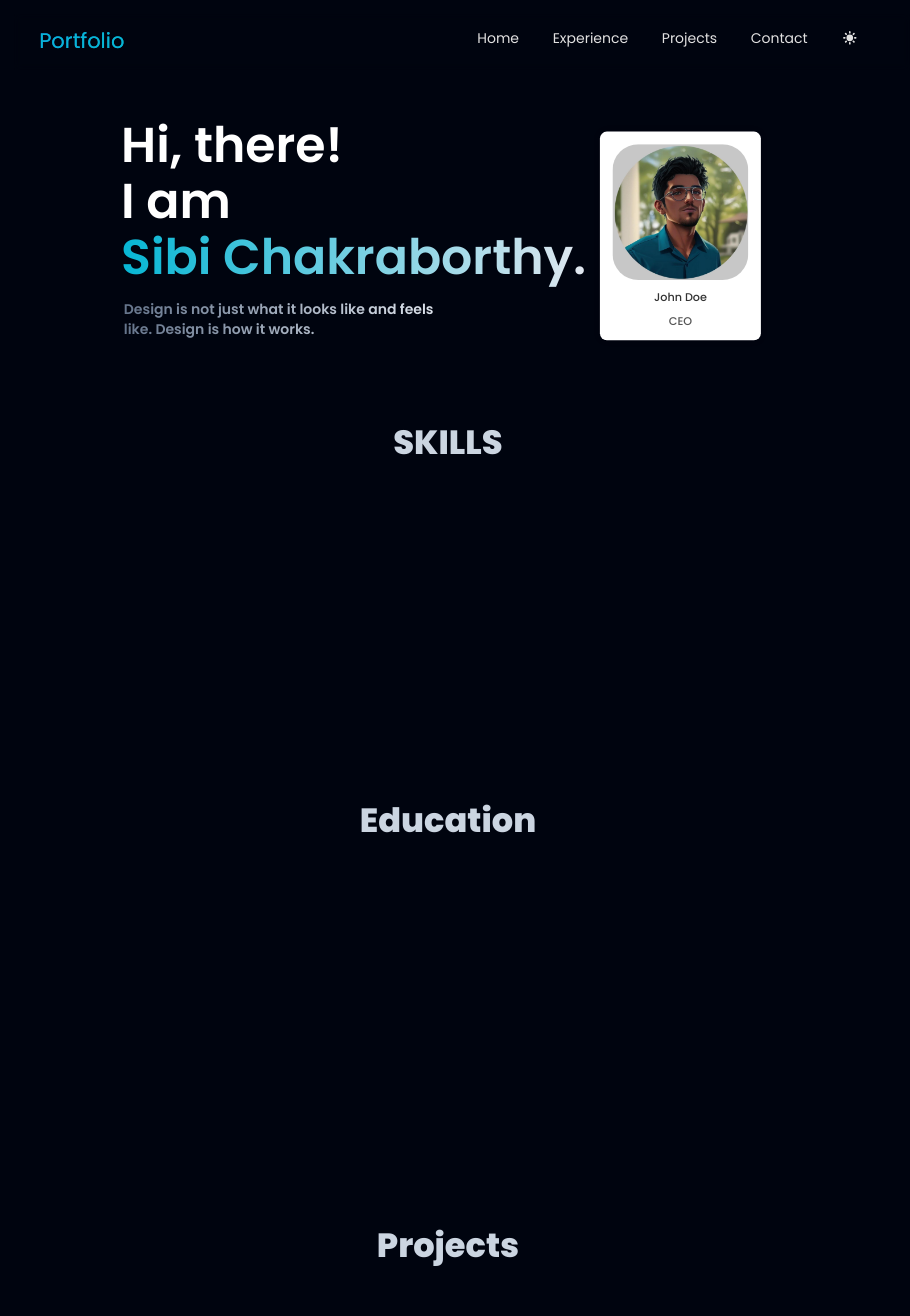
Repository: sibi24sibi/MyPersonalPortfolio
Page: /
The author's editor kept a copy of each file at every save. The page is drawn from the files as they stood at one save, then again after the next save.
The browser window is 1280 px wide. The page is 1300 px wide, so the pictures cover 1300 px, including what lies to the right of the window. The pictures show the part of the page from y = 0 to 1880 px (the page is 3414 px tall), at 70% of full size.
The project was rebuilt for these pictures with package versions that can differ from the ones it lists, and the page was loaded fresh each time. Also part of the build but not shown: vite.config.js, src/components/Menu.jsx, src/components/Footer.jsx.

Above is the page before, as saved 2024-05-03 17:34:46.

### index.html
<!DOCTYPE html>
<html lang="en">

<head>
  <meta charset="UTF-8" />
  <link rel="icon" type="image/svg+xml" href="" />
  <meta name="viewport" content="width=device-width, initial-scale=1 , maximum-scale=1 ,user-scalable=no" />
  <title>
    Personal Portfolio
  </title>
</head>

<body className="darkMode">
  <div id="root" className="px-5 w-screen"></div>
  <script type="module" src="/src/main.jsx"></script>
</body>

</html>

### src/index.css
@import url('https://fonts.googleapis.com/css2?family=Poppins:wght@300;400;500;600;800&display=swap');
@tailwind base;
@tailwind components;
@tailwind utilities;

html {
    @apply overflow-x-hidden scroll-smooth
}

body {

    @apply dark:bg-[#00040f] bg-[#e2e2e2ab]
}

### src/App.jsx
import Navbar from "./components/Navbar";
import About from "./components/About";

import Education from "./components/Education";
import Projects from "./components/Projects";
import Skills from "./components/Skills";

import HashLoader from "react-spinners/HashLoader";
import CTA from "./components/CTA";
import MyEmailLayout from "./components/email";
import Footer from "./components/Footer";


import { useState, useEffect } from "react";

const override = {
  display: "flex",
  justifyContent: "center",
  alignItems: "center",
  marginTop: "5rem",
  borderColor: "red",
};

const App = () => {
  const [loading, setLoading] = useState(true);

  useEffect(() => {
    setLoading(true);
    setTimeout(() => {
      setLoading(false);
    }, 3000);
  }, []);
  return (
    <>
      {loading ? (
        <div className="flex h-screen w-screen justify-center items-center bg-[#00040f] ">
          <HashLoader
            color="#0891b2"
            loading={loading}
            cssOverride={override}
            size={90}
            aria-label="Loading Spinner"
            data-testid="loader"
          />
        </div>
      ) : (
        <div className=" flex flex-col justify-center items-center">
          <Navbar></Navbar>
          <About></About>
          <Skills></Skills>
          <Education></Education>
          <Projects></Projects>
          <CTA></CTA>
          <MyEmailLayout></MyEmailLayout>
          {/* <Footer></Footer> */}
        </div>
      )}
    </>
  );
};
export default App;

### src/components/Navbar.jsx
import { CgMenuRightAlt } from "react-icons/cg";
import { HiSun, HiMoon } from "react-icons/hi";
import { useState, useEffect } from "react";
import Menu from "./Menu";

const Navbar = () => {
  const [nav, setNav] = useState(false);

  const [theme, setTheme] = useState("light");

  useEffect(() => {
    if (theme === "dark") {
      document.documentElement.classList.remove("dark");
    } else {
      document.documentElement.classList.add("dark");
    }
  }, [theme]);

  const handleTheme = () => {
    setTheme(theme === "dark" ? "light" : "dark");
  };

  return (
    <>
      <section className="NAVBAR sticky top-0 backdrop-blur-[5px] z-10 pt-5  translate-x-[20px] min-w-full mt-5 font-['Poppins']  max-sm:p-2 max-sm:mx-1 max-sm:max-h-[48px] ">
        <div className="flex  justify-between capitalize md:ml-9 sm:ml-2">
          <div className="LOGO ">
            <a
              href="#"
              className="text-3xl bg-gradient-to-r from-blue-600 to-cyan-600 bg-clip-text text-transparent dark:text-cyan-500 max-sm:text-2xl"
            >
              {"Portfolio"}
            </a>
          </div>
          <div className="NAVLINKS min-w-full pr-9 text-[20px] translate-x-[-160px]  max-sm:hidden flex justify-end gap-12 text-[#00040f] dark:text-[#e1e1e1] ">
            <a href="#about" className=" hover:text-cyan-500">
              Home
            </a>
            <a href="#experience" className="hover:text-cyan-500">
              Experience
            </a>
            {/* <a href="#education" className="hover:text-cyan-500 ">
              Education
            </a> */}
            <a href="#projects" className="hover:text-cyan-500 ">
              Projects
            </a>
            <a href="#contact" className="hover:text-cyan-500 ">
              Contact
            </a>

            <button onClick={handleTheme}>
              {theme === "dark" ? (
                <HiMoon className="-translate-y-1 text-2xl" />
              ) : (
                <HiSun className="-translate-y-1 text-2xl" />
              )}
            </button>

            </div>
            </div>
          <button onClick={() => setNav(!nav)}>
            <CgMenuRightAlt className="hidden max-sm:block mr-5   absolute top-2  right-10 md:transform-none text-[#00040f] dark:text-[#e1e1e1] text-[32px]" />
          </button>


        {nav && <Menu />}

      </section>



    </>
  );
};
export default Navbar;

### src/components/About.jsx
import Lottie from "lottie-react";
import computer from "../assets/lottie/computer.json";
import Profile from "../assets/Profile.jpg";
import "./about-style.css";

const About = () => {
  return (
    <>
      <section
        id="about"
        className="p-5 mx-2 mb-10 font-medium font-['Poppins'] max-w-6xl max-sm:p-2 max-sm:mx-5"
      >
        <div className="WRAPPER mt-12 flex justify-between max-sm:flex-col gap-35">
        <div className="INTRO text-[70px] leading-[80px] font-semibold max-sm:text-[40px] max-sm:leading-[70px] max-sm:font-semibold">
            <h3 className="text-[#00040f] dark:text-white">
              Hi, there! <br />I am
            </h3>
            <span className="bg-clip-text text-transparent bg-gradient-to-r  from-blue-600 to-cyan-600 dark:from-cyan-500 dark:to-slate-200">
             Sibi Chakraborthy.

            </span>

            <p className="ABOUT h-[100px] text-xl max-sm:text-[15px] bg-clip-text text-transparent  bg-gradient-to-r  from-[#00040f] to-slate-500 dark:from-slate-500 dark:to-slate-200 max-w-[470px] mt-5 pl-1">
            Design is not just what it looks like and feels like. Design is how it works.
            </p>
          </div>
        <div className="div">



        <div className="team-member">
            <img src={Profile} alt="Profile"/>
            <h3>John Doe</h3>
            <p>CEO</p>
        </div>



        </div>
        </div>
      </section>
    </>
  );
};
export default About;

### src/components/Education.jsx
import Lottie from "lottie-react";
import education from "../assets/lottie/education.json";
import SAEC from "../assets/SAEC.png";
import AOS from "aos";

import { useEffect } from "react";

const Education = () => {
  useEffect(() => {
    AOS.init();
  }, []);
  return (
    <section
      id="education"
      className="EXPERIENCE max-w-6xl p-5 mx-20 mb-25 font-['Poppins']  max-sm:p-2 max-sm:mx-5"
    >
      <div className="WRAPPER mt-10">
        <h1 className="text-[#00040f] dark:text-slate-300 text-center font-extrabold text-5xl mb-5 max-sm:text-4xl   ">
          Education
        </h1>

        <div
          className="EDUCATION flex gap-7 justify-between flex-row-reverse max-sm:flex-col"
          data-aos="fade-right"
        >
          <div className="max-w-[520px] mt-[52px] p-7 max-sm:p-3">
            <div className="flex gap-5">
              <img
                src={SAEC}
                alt="SAEC"
                className="w-[150px] h-[100px]"
              />
              <h1 className="bg-clip-text text-transparent bg-gradient-to-r max-sm:text-[17px] from-amber-500 via-orange-600 to-yellow-500 dark:from-[#ff6600] dark:to-slate-100 font-semibold text-2xl w-[300px] h-[100px] tracking-wider ">
                Syed Ammal engineering college
              </h1>
            </div>

            <div className="mt-7 flex flex-col gap-5 text-left pl-4">
              <h3 className="capitalize  text-slate-800 dark:text-slate-300 text-xl max-sm:text-lg">
                Bachelor of technology
              </h3>
              <p className="italic capitalize text-gray-500 dark:text-slate-500 text-xl max-sm:text-lg leading-9">
                November 2020 - May 2024
              </p>

              <p className="capitalize text-gray-500 dark:text-slate-500 text-xl max-sm:text-lg leading-9">
                Computer Science and Engineering
              </p>
            </div>
          </div>
          <Lottie
            animationData={education}
            loop={true}
            className="max-w-[500px]"
          />
        </div>
      </div>
    </section>
  );
};
export default Education;

### src/components/Skills.jsx
import {
  HTML,
  CSS,
  Github,
  Git,
  Vite,
  TailwindCSS,
  react,
  Python,
  Javascript,
  CPP,
  C,
  Vue,
  nodejs
} from "../constants/Constant";

import AOS from "aos";
import "aos/dist/aos.css";
import { useEffect } from "react";
import Image from "./Img_prop";

const Skills = () => {
  useEffect(() => {
    AOS.init();
  }, []);
  return (
    <>
      <section className="EXPERIENCE p-5  mb-10 max-w-6xl  font-['Poppins']  max-sm:p-2 max-sm:mx-5">
        <div>
        <h1 className="text-[#00040f] dark:text-slate-300 font-extrabold text-5xl text-center max-sm:text-4xl ">
          SKILLS
        </h1>
        </div>
        <div
          className=" grid place-content-start  grid-cols-3 gap-4 max-sm:p-2 mt-10"
          data-aos="zoom-out-up"
        >
          <Image img={HTML}></Image>
          <Image img={CSS}></Image>
          <Image img={Javascript}></Image>
          <Image img={react}></Image>
          <Image img={TailwindCSS}></Image>
          {/* <Image img={Vue}></Image>
          <Image img={CPP}></Image>
          <Image img={C}></Image> */}
          <Image img={Python}></Image>
          {/* <Image img={Vite}></Image> */}
          <Image img={Git}></Image>
          <Image img={Github}></Image>
          <Image img={nodejs}></Image>
        </div>
      </section>
    </>
  );
};
export default Skills;

### src/components/CTA.jsx
function CTA() {
  const resumeLink = "/Sibi-Chakraborthy-V.pdf";
  return (
    <div id="resume" className="pt-36 max-w-6xl resume relative w-full flex justify-center ">

      <div className="pt-14 mx-20 pb-40">
        <h2 className="text-4xl md:text-5xl max-sm:text-[35px] max-sm:leading-[60px] font-bold mb-10 text-[#00040f] dark:text-white text-center">
          Need to know about me more
        </h2>
        <div className="flex justify-center ">
        <a
          href={resumeLink}
          className="cursor-pointer font-bold whitespace-nowrap
        mt-6 px-8 py-3 dark:text-[#e1e1e1] border-2 rounded-full border-[#808080]  bg-bg hover:bg-fun-pink hover:border-fun-pink transition-colors inline-flex items-center"
        >
          <svg class="fill-current w-4 h-4 mr-2" xmlns="http://www.w3.org/2000/svg" viewBox="0 0 20 20"><path d="M13 8V2H7v6H2l8 8 8-8h-5zM0 18h20v2H0v-2z"/></svg>
          <span>Resume</span>

        </a>

        </div>
      </div>


    </div>
  );
}

export default CTA;

### src/components/email.jsx
import React, { useRef, useEffect } from "react";
import emailjs from '@emailjs/browser';



const MyEmailLayout = () => {
  const form = useRef();

  useEffect(() => {
    // Initialize emailjs
    emailjs.init('-fw29uVaf1UZJqOVT');
  }, []);

  const sendEmail = (e) => {
    e.preventDefault();

    emailjs

      .sendForm('service_hgvjibu', 'template_f9rmzk9', form.current)
      .then(
        () => {
          alert('Email sent successfully!');
        },
        (error) => {
          alert('Failed to send email. Please try again later.');
          console.error('Email Error:', error);
        }
      );
  };

  return (
    <div   className="mb-20 max-w-6xl" id="contact">

      <div className=" mx-10 max-sm:mx-5 ">
      <div className="div">
      <h1 className="text-2xl dark:text-[#e1e1e1] font-bold mb-4 ">SEND ME A EMAIL</h1>
      </div>
      <form ref={form} onSubmit={sendEmail}>
        <div className="grid  grid-cols-2 gap-4 flex justify-center">
          <div>
            <label htmlFor="name" className="dark:text-[#e1e1e1]">Name</label>
            <input
              type="text"
              id="name"
              name="user_name"
              className="px-3 py-2 placeholder-gray-400 text-gray-600 relative dark:bg-slate-300 bg-stone-300 rounded text-sm border-0 shadow outline-none focus:outline-none focus:ring  w-full"
            />
          </div>
          <div>
            <label htmlFor="email" className="dark:text-[#e1e1e1]">Email</label>
            <input
              type="email"
              id="email"
              name="user_email"
              className="px-3 py-2 placeholder-gray-400 text-gray-600 relative dark:bg-slate-300 bg-stone-300 rounded text-sm border-0 shadow outline-none focus:outline-none focus:ring w-full"
            />
          </div>
        </div>
        <label htmlFor="message" className="dark:text-[#e1e1e1]">Message</label>
        <textarea
          placeholder=""
          name="message"
          className="px-3 py-2 placeholder-gray-400 text-gray-600 relative dark:bg-slate-300 bg-stone-300 rounded text-sm border-0 shadow outline-none focus:outline-none focus:ring h-40 w-full "
        ></textarea>
        <button
          type="submit"
          className="bg-blue-500 rounded-full text-white px-4 py-2 mt-4 float-right"
          value="Send"
        >
          Send Email
        </button>
      </form>
      </div>
    </div>
  );
};

export default MyEmailLayout;

### src/components/about-style.css


.team-member {
    text-align: center;
    margin: 20px;
    background-color: #fff; /* White background for each team member */
    padding: 15px; /* Add padding for better visual appeal */
    border-radius: 10px; /* Add rounded corners */
    box-shadow: 0 0 10px rgba(0, 0, 0, 0.1); /* Add a subtle box shadow */
}

.team-member img {
    width: 200px;
    height: 200px;
    border-radius: 20%;
    object-fit: cover;
    margin-bottom: 10px;

/* Additional styling for the image */
border: 3px solid #fff; /* Add a white border around the image */
transition: transform 0.3s ease-in-out; /* Add a smooth transition effect */

/* Hover effect: Scale the image slightly on hover */
cursor: pointer;
}

/* Add a hover effect for better user interaction */
.team-member img:hover {
transform: scale(1.1);
}


.team-member h3 {
    margin: 10px 0;
    color: #333; /* Darken the text color */
}

.team-member p {
    color: #555;
}

### src/components/Project_prop.jsx
/* eslint-disable react/prop-types */

import "./proj_style.css";


const Project_prop = (props) => {
  return (
    <>



      <div className="card bg-blue-100 dark:bg-sky-950 rounded-lg shadow-lg aspect-w-16 aspect-h-9 ">
        <h3
        className="title capitalize font-bold h-20 text-slate-800 dark:text-slate-300 text-xl max-sm:text-lg m-5 text-center"
        >
          {props.title}
        </h3>
            <div className="bar h-1 min-w-40 dark:bg-gray-800  bg-slate-600  mx-5"></div>
        <div className="flex gap-1 ml-3 mt-3 ">
                {props.react}
                {props.vite}
                {props.html5}
                {props.css3}
                {props.php}
                {props.mysql}
                {props.javascript}
                {props.tailwindcss}
                {props.laravel}
                {props.bootstrap}
                {props.wordpress}

        </div>
        <p className="dark:text-slate-500 mt-2 text-sm px-5  select-none">
          {props.para}
        </p>
      </div>




    </>
  );
};
export default Project_prop;

### src/constants/Constant.jsx
import C from "../assets/C.png";
import CPP from "../assets/CPP.png";
import HTML from "../assets/HTML.png";
import Github from "../assets/Github.png";
import CSS from "../assets/CSS.png";
import Python from "../assets/Python.png";
import Javascript from "../assets/Javascript.png";
import Git from "../assets/Git.png";
import Vite from "../assets/Vite.png";
import TailwindCSS from "../assets/TailwindCSS.png";
import react from "../assets/react.png";
import Vue from "../assets/vue.png";
import nodejs from "../assets/nodejs.png";

import Hackthechain from "../assets/HackTheChainLogo.png";
import GSSOC from "../assets/GSSoc.jpg";
import IITB from "../assets/IITB.png";
import Sports from "../assets/Sports_Club.png";
import IIITians from "../assets/IIITians_Network.png";
import GDSC from "../assets/GDSC.png";
import KDE from "../assets/kde.png";
import Oppia from "../assets/oppia.png";

import GPT4 from "../assets/gpt4.jpg";
import Portfolio from "../assets/portfolio.jpg";
import Rocket from "../assets/Rocket.jpg";
import Game from "../assets/Stone.jpg";
import WellBeing from "../assets/well-being.jpg";

export {
  C,
  CPP,
  HTML,
  CSS,
  Github,
  Git,
  Vite,
  TailwindCSS,
  react ,
  Python,
  Javascript,
  Vue,
  Hackthechain,
  GSSOC,
  IITB,
  Sports,
  IIITians,
  GPT4,
  Portfolio,
  Rocket,
  WellBeing,
  Game,
  GDSC,
  KDE,
  nodejs,
  Oppia,
};

### src/components/Img_prop.jsx
const Img_prop = ({ img }) => {
  return (
    <>
      <div className="mr-60 w-[100px] max-sm:w-[75px] h-[100px] max-sm:h-[75px] shadow-xl shadow-slate-300 dark:shadow-lg dark:shadow-blue-500/50 bg-gradient-to-bl from-[#ccc] to-[#eee] dark:from-[#051937] dark:to-[#222] rounded-full place-content-center grid translate-x-[100px] max-sm:translate-x-1">
        <img src={img} alt="html" className="max-sm:h-[45px] h-[55px] " />
      </div>
    </>
  );
};
export default Img_prop;

### src/components/proj_style.css



  .card {
    position: relative;
    left: 0px;
    width: 200px;
    height: fit-content;
    min-height: 320px;
    padding-bottom: 10px;
  }

  .card:not(:first-child) {
      margin-left: -50px;
  }

  .card:hover {
    transform: translateY(-20px);
    transition: 0.4s ease-out;
  }

  .card:hover ~ .card {
    position: relative;
    left: 50px;
    transition: 0.4s ease-out;
  }

@media only screen and (max-width: 600px) {
  .card {
    position:unset;
    left:unset;
    padding-bottom:unset;
    margin: 10px;;
    padding-bottom:unset;
  }
  .card:hover {
    transform:unset ;
    transition:unset;
    margin-left:unset;
  }
  .card:not(:first-child) {
    margin-left:10px;

  }
  .card:hover ~ .card {
    position:unset;
    left:unset;
    transition:unset;
  }
}

Loaded but not shown: src/main.jsx (common file); src/assets/lottie/computer.json (common file); src/assets/lottie/Education.json (common file); tailwind.config.js (common file); src/components/Projects.jsx (189 lines, source omitted)

After the next save:
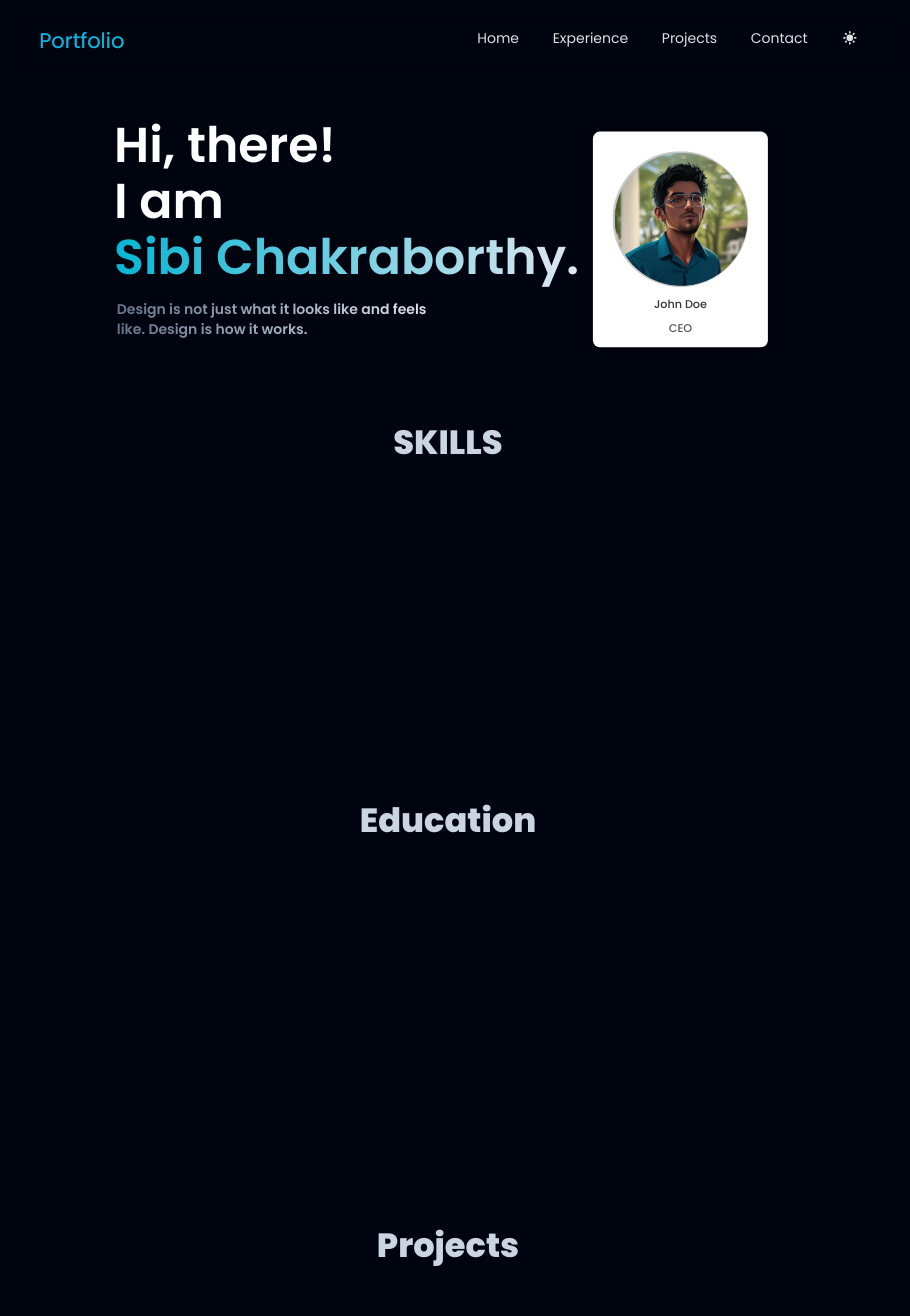
Saved 6 min 59 s later.
--- a/src/components/about-style.css
+++ b/src/components/about-style.css
@@ -12,16 +12,16 @@
 .team-member img {
     width: 200px;
     height: 200px;
-    border-radius: 20%;
+    border-radius: 50%;
     object-fit: cover;
-    margin-bottom: 10px;
+    margin: 10px;
 
 /* Additional styling for the image */
 border: 3px solid #fff; /* Add a white border around the image */
-transition: transform 0.3s ease-in-out; /* Add a smooth transition effect */
+/* transition: transform 0.3s ease-in-out; Add a smooth transition effect */
 
 /* Hover effect: Scale the image slightly on hover */
-cursor: pointer;
+/* cursor: pointer; */
 }
 
 /* Add a hover effect for better user interaction */
